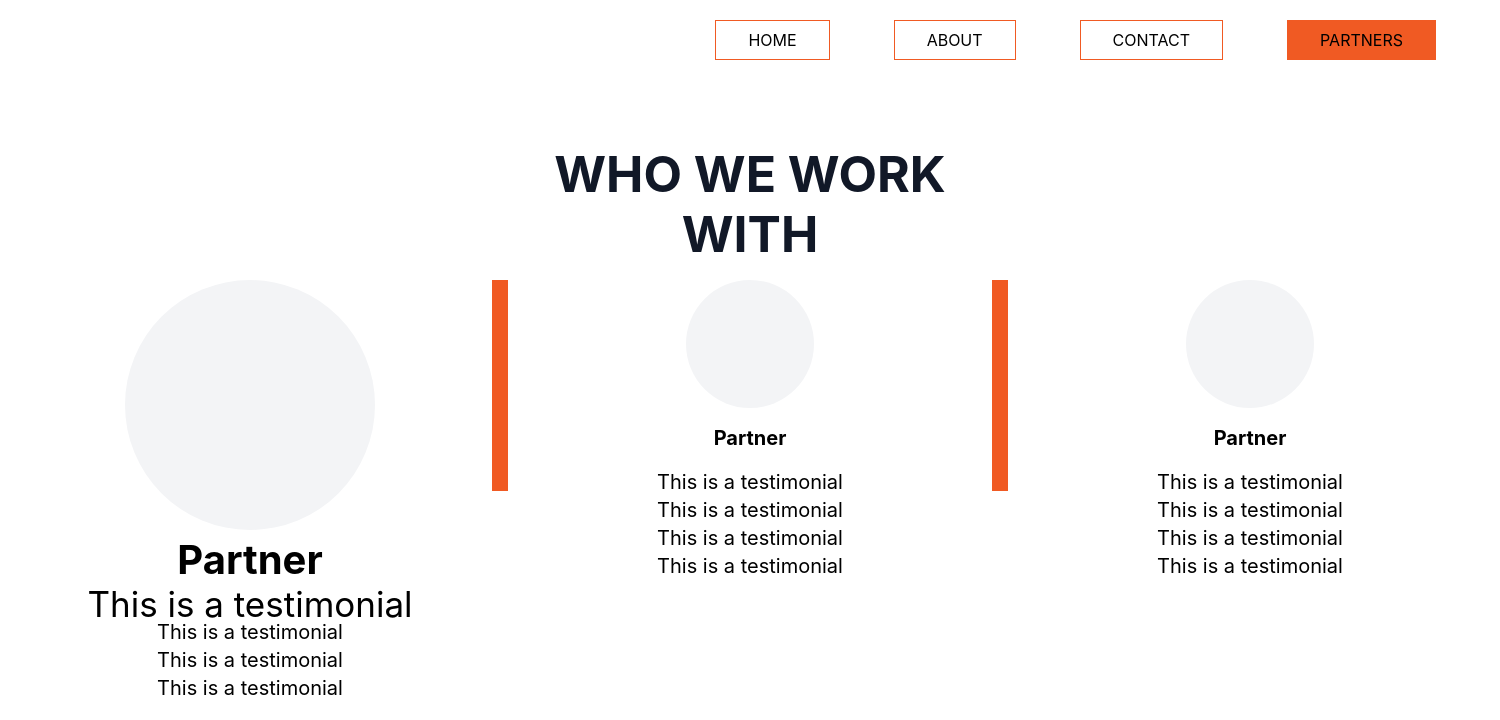
Repository: legenddev1202/whyclicktv
Page: /partners
The author's editor kept a copy of each file at every save. The page is drawn from the files as they stood at one save, then again after the next save.
The browser window is 1280 px wide. The page is 1500 px wide, so the pictures cover 1500 px, including what lies to the right of the window. The pictures show the whole page.
The project was rebuilt for these pictures with package versions that can differ from the ones it lists, and the page was loaded fresh each time. Also part of the build but not shown: src/App.css, src/pages/home.js, src/pages/about.js, src/pages/contact.js, src/pages/referral.js.

Above is the page before, as saved 2022-03-31 14:54:32.

After the next save:
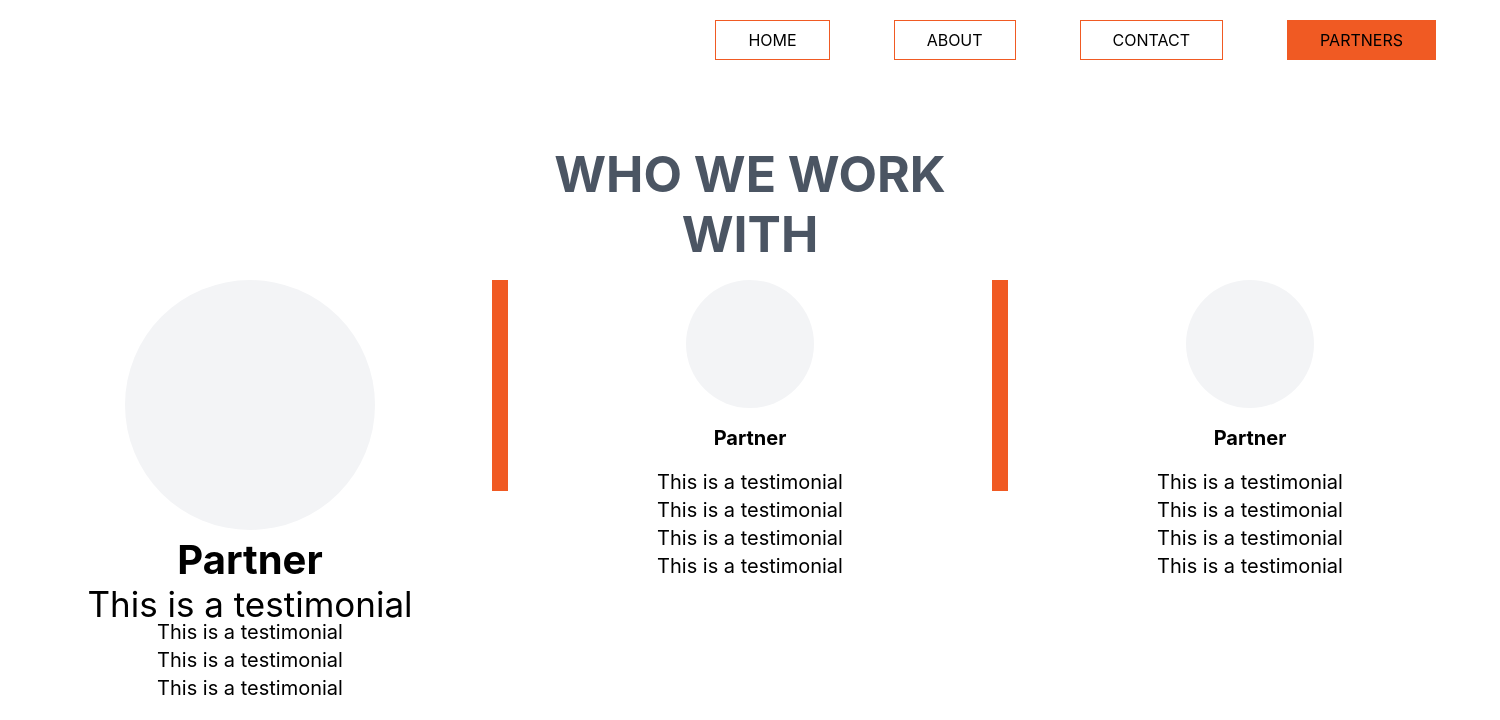
Saved 11 s later.
--- a/src/pages/partners.js
+++ b/src/pages/partners.js
@@ -41,7 +41,7 @@ function Partners() {
       </div>
       <div className="h-full w-full flex flex-col items-center justify-center pt-16">
         <div
-          className="text-center text-4xl font-bold text-gray-900"
+          className="text-center text-4xl font-bold text-gray-600"
           style={{ fontSize: 50, lineHeight: 1.2 }}
         >
           WHO WE WORK
